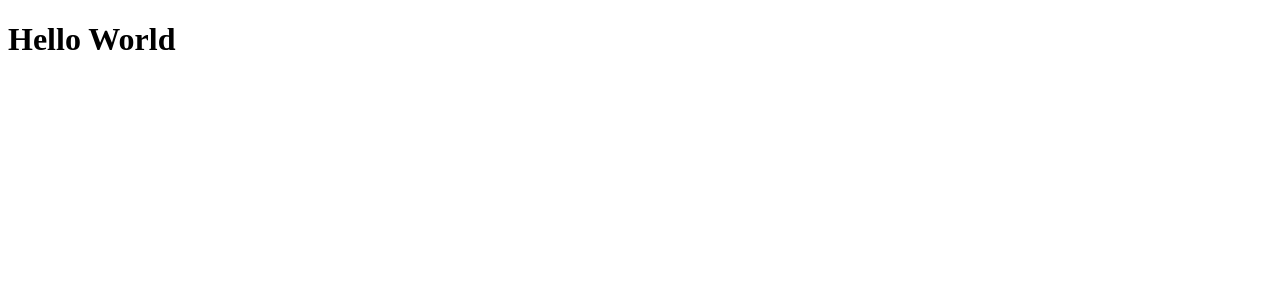
Repository: crbveiga/React
Page: / (app in RocketSeat/dtmoney/)
An editor plug-in stored every save of this project. The page is shown before and after the next save, followed by the edit.
The browser window is 1280 px wide. The pictures show the whole page.
The project was rebuilt for these pictures with package versions that can differ from the ones it lists, and the page was loaded fresh each time.

Above is the page before, as saved 2021-12-05 02:35:45.

After the next save:
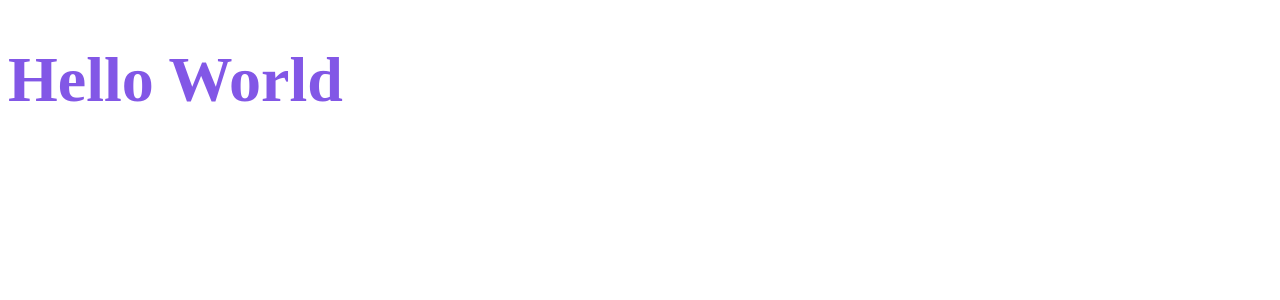
Saved 6 min 19 s later.
--- a/RocketSeat/dtmoney/src/App.tsx
+++ b/RocketSeat/dtmoney/src/App.tsx
@@ -3,7 +3,7 @@ import './App.css';
 export function App() {
   return (
     <div className="App">
-      <h1> Hello World</h1>
+      <h1 className="title"> Hello World</h1>
     </div>
   );
 }

After the 2 saves that followed:
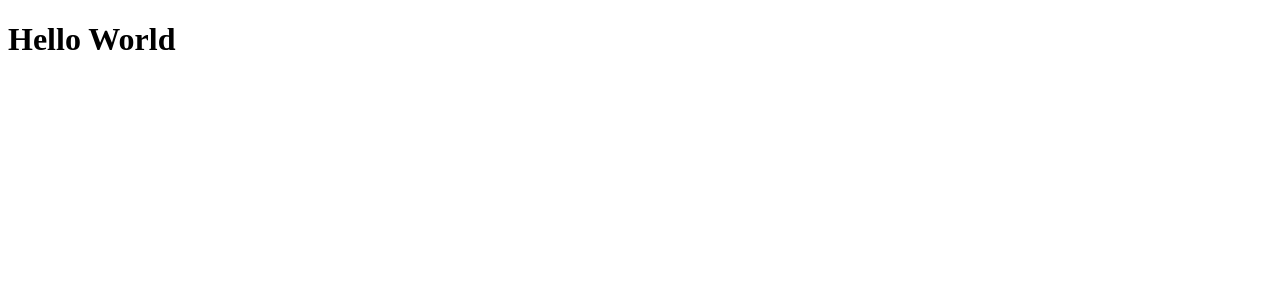
The 2 saves are shown as one change because 1 left the picture as it was.
The last was saved 3 min 39 s later.
--- a/RocketSeat/dtmoney/src/App.tsx
+++ b/RocketSeat/dtmoney/src/App.tsx
@@ -1,4 +1,5 @@
-import './App.css';
+import styled from 'styled-components'
+
 
 export function App() {
   return (
